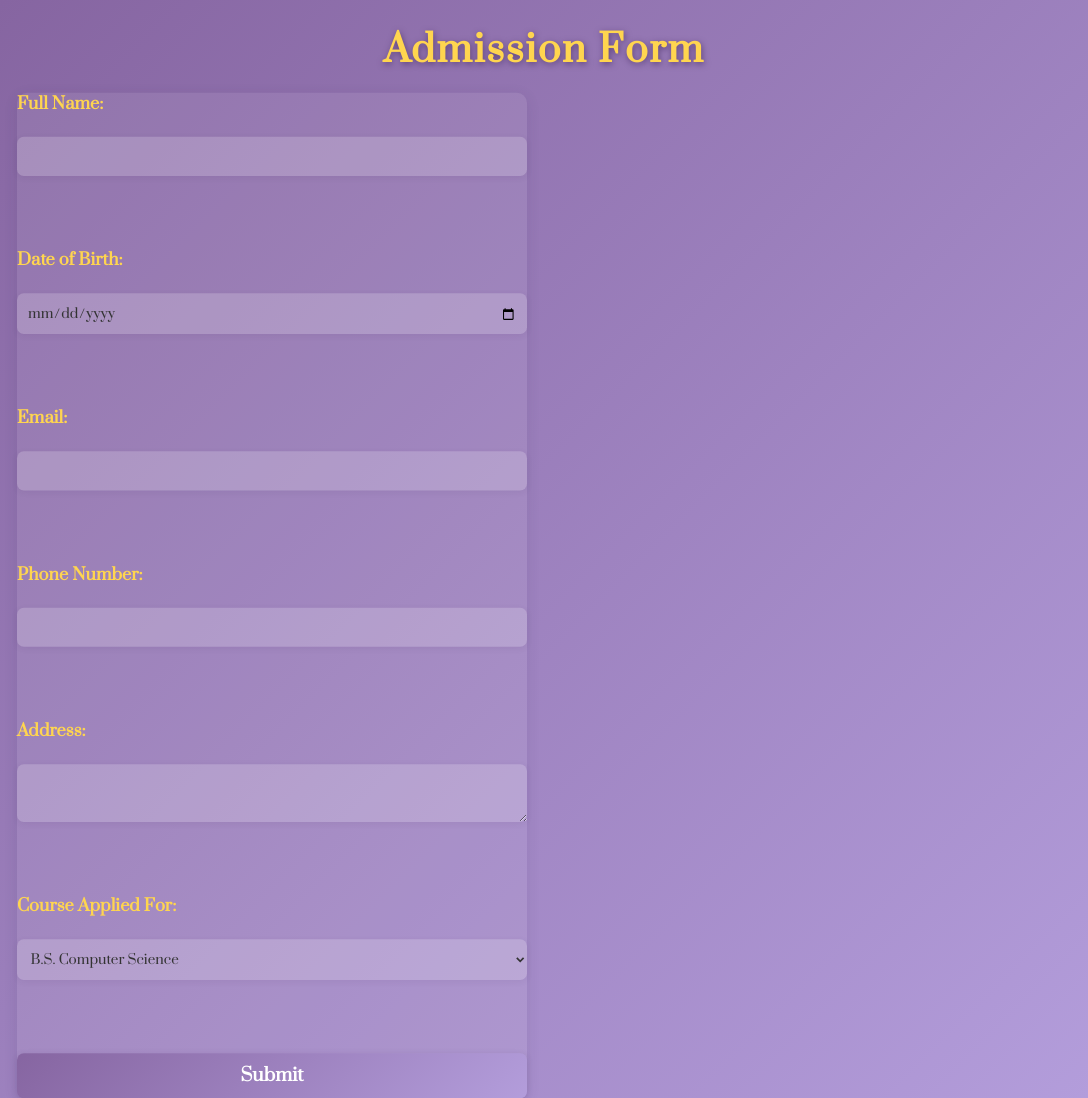
Repository: moinakhere/kelani_university
Page: admission.html
These files come from the project's save history. The page is drawn as it stood at one moment and after the next save; the edit follows.
The browser window is 1280 px wide. The pictures show the whole page, at 85% of full size.

Above is the page before, as saved 2025-08-04 21:42:35.

### admission.html
<!DOCTYPE html>
<html>
<head>
    <meta charset="UTF-8">
    <meta name="viewport" content="width=device-width, initial-scale=1.0">
    <link rel="stylesheet" href="css/comppage.css">
</head>
<body class="form-body">
    <h1 class="form-head">Admission Form</h1>
    <form class="form">
        <label for="fullname">Full Name:</label>
        <input type="text" id="fullname" name="fullname" required><br><br>

        <label for="dob">Date of Birth:</label>
        <input type="date" id="dob" name="dob" required><br><br>

        <label for="email">Email:</label>
        <input type="email" id="email" name="email" required><br><br>

        <label for="phone">Phone Number:</label>
        <input type="tel" id="phone" name="phone" required><br><br>

        <label for="address">Address:</label>
        <textarea id="address" name="address" required></textarea><br><br>

        <label for="course">Course Applied For:</label>
        <select>
            <option value="compsc">B.S. Computer Science</option>
            <option value="math">B.S. Mathematics</option>
            <option value="bot">B.S. Botany</option>
            <option value="zoo">B.S. Zoology</option>
            <option value="phy">B.S. Physics</option>
            <option value="chem">B.S. Chemistry</option>
            <option value="stat">B.S. Statistics</option>
        </select><br><br>

        <input type="submit" value="Submit">
    </form>
</body>
</html>

### css/comppage.css
@import url('https://fonts.googleapis.com/css2?family=Courier+Prime:ital,wght@0,400;0,700;1,400;1,700&display=swap');
@import url('https://fonts.googleapis.com/css2?family=Courier+Prime:ital,wght@0,400;0,700;1,400;1,700&family=Prata&display=swap');
/*
Comp Pages CSS
*/
body {
    background: linear-gradient(135deg, #8665A1 0%, #B39DDB 100%);
    color: #fff;
    font-family: 'Courier Prime', monospace;
    margin: 0;
    padding: 0;
    height: 100%;
}

.container {
    max-width: 800px;
    margin: 40px auto;
    background: rgba(4, 207, 190, 0.9);
    border-radius: 18px;
    box-shadow: 0 8px 32px rgba(60, 40, 90, 0.25);
    padding: 40px 32px;
}

h1 {
    font-size: 5em;
    margin-bottom: 0.5em;
    letter-spacing: 2px;
    text-align: center;
    color: #FFD54F;
    text-shadow: 1px 2px 8px #5e437a;
}

p {
    font-size: 1.5em;
    line-height: 1.25;
    margin-bottom: 1.2em;
}

li {
    font-size: 1.5em;
    line-height: 1.25;
    margin-bottom: 1.2em;
}

@media (max-width: 600px) {
    .container {
        padding: 18px 8px;
    }

    h1 {
        font-size: 2em;
    }

    p {
        font-size: 1em;
    }
}
/*
Admission Form CSS
*/
.form {
    display: flex;
    flex-direction: column;
    gap: 20px;
    background: rgba(255,255,255,0.08);
    max-width: 600px;
    border-radius: 12px;
    box-shadow: 0 4px 16px rgba(60, 40, 90, 0.12);
    margin-left: 20px;
    margin-right: 20px;
}

.form label {
    font-size: 1.1em;
    color: #FFD54F;
    margin-bottom: 6px;
    font-weight: bold;
}

.form input,
.form textarea,
.form select {
    padding: 12px;
    border-radius: 8px;
    border: none;
    font-size: 0.9em;
    font-family: inherit;
    background: rgba(255,255,255,0.18);
    color: #333;
    transition: background 0.2s, box-shadow 0.2s;
    box-shadow: 0 2px 8px rgba(60, 40, 90, 0.08);
}

.form input:focus,
.form textarea:focus,
.form select:focus {
    background: #fff;
    outline: none;
    box-shadow: 0 0 0 2px #8665A1;
}

.form button,
.form input[type="submit"] {
    padding: 12px 24px;
    border-radius: 8px;
    border: none;
    background: linear-gradient(135deg, #8665A1 0%, #B39DDB 100%);
    color: #fff;
    font-size: 1.2em;
    font-weight: bold;
    cursor: pointer;
    transition: background 0.2s, box-shadow 0.2s;
    box-shadow: 0 2px 8px rgba(60, 40, 90, 0.15);
}

.form button:hover,
.form input[type="submit"]:hover {
    background: linear-gradient(135deg, #B39DDB 0%, #8665A1 100%);
    box-shadow: 0 4px 16px rgba(60, 40, 90, 0.18);
}
.form-body {
    background: linear-gradient(135deg, #8665A1 0%, #B39DDB 100%);
    color: #fff;
    font-family: "Prata",serif;
    font-size: 1.1em;
    margin: 0;
    padding: 0;
    height: 100%;
}
.form-head {
    text-align: center;
    font-size: 2.5em;
    margin-bottom: 20px;
    color: #FFD54F;
    text-shadow: 1px 2px 8px #5e437a;
}

After the next save:
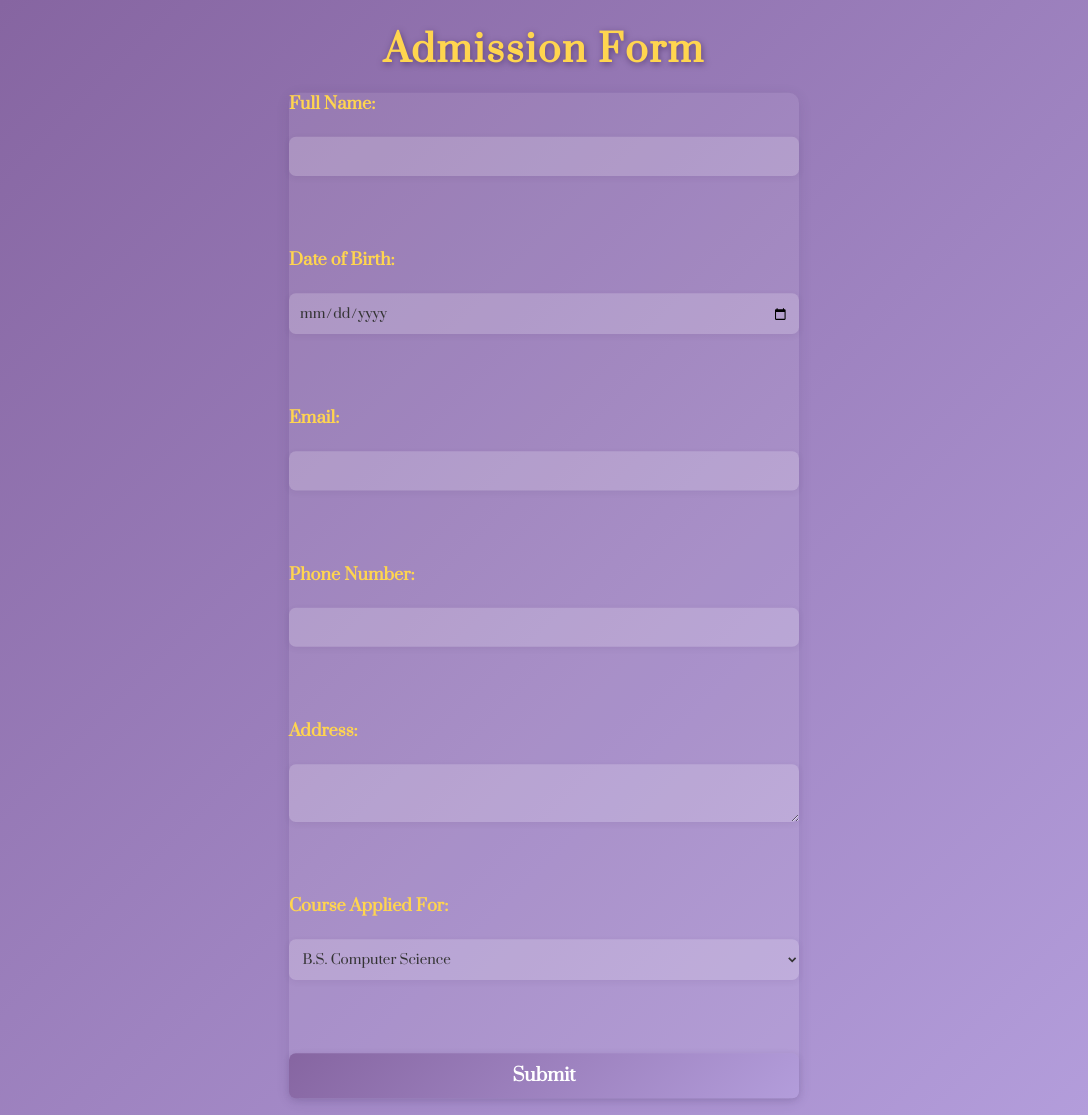
Saved 4 min 19 s later.
--- a/css/comppage.css
+++ b/css/comppage.css
@@ -66,8 +66,7 @@ Admission Form CSS
     max-width: 600px;
     border-radius: 12px;
     box-shadow: 0 4px 16px rgba(60, 40, 90, 0.12);
-    margin-left: 20px;
-    margin-right: 20px;
+    margin: 20px auto;
 }
 
 .form label {
